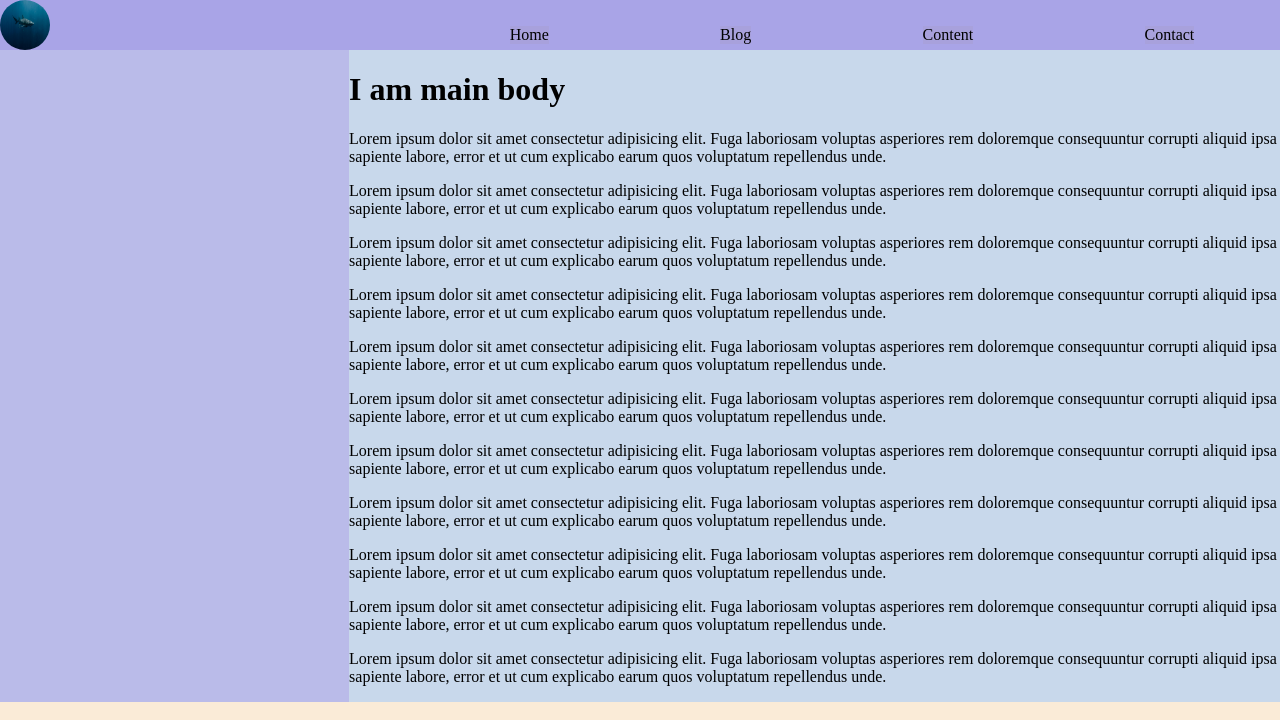
Repository: purnimapatel/fish-world
Page: index.html
The author's editor kept a copy of each file at every save. The page is drawn from the files as they stood at one save, then again after the next save.
The browser window is 1280 px wide. The pictures show the whole page.

Above is the page before, as saved 2024-08-25 13:16:27.

### index.html
<!DOCTYPE html>
<html lang="en">
<head>
    <meta charset="UTF-8">
    <meta name="viewport" content="width=device-width, initial-scale=1.0">
    <title>Document</title>
    <link  rel = "stylesheet" type = "text/css" href = "style.css"/>

    <!-- <link rel="stylesheet" type="text/css" href="styles.css"> -->

</head>
<body>
    <div class=" container">
        <div class = "navbar">
            <div id="logo">
                <a href="https://www.google.com/" target=" _blank"><img  id = "img1"src = "\img\image1.jpg"></a>
            </div>
            <div id = "list-content">
                <ul id="list">
                    <li>Home</li>
                    <li>Blog</li>
                    <li>Content</li>
                    <li>Contact</li>
                </ul>
            </div>

        </div>
        <div class="lower">
        <div class ="leftPanel">
        </div>
        <div class = "mainBody">
            <h1>I am main body</h1>
            <p>Lorem ipsum dolor sit amet consectetur adipisicing elit. Fuga laboriosam voluptas asperiores rem doloremque consequuntur corrupti aliquid ipsa sapiente labore, error et ut cum explicabo earum quos voluptatum repellendus unde.</p>
            <p>Lorem ipsum dolor sit amet consectetur adipisicing elit. Fuga laboriosam voluptas asperiores rem doloremque consequuntur corrupti aliquid ipsa sapiente labore, error et ut cum explicabo earum quos voluptatum repellendus unde.</p>
            <p>Lorem ipsum dolor sit amet consectetur adipisicing elit. Fuga laboriosam voluptas asperiores rem doloremque consequuntur corrupti aliquid ipsa sapiente labore, error et ut cum explicabo earum quos voluptatum repellendus unde.</p>
            <p>Lorem ipsum dolor sit amet consectetur adipisicing elit. Fuga laboriosam voluptas asperiores rem doloremque consequuntur corrupti aliquid ipsa sapiente labore, error et ut cum explicabo earum quos voluptatum repellendus unde.</p>
            <p>Lorem ipsum dolor sit amet consectetur adipisicing elit. Fuga laboriosam voluptas asperiores rem doloremque consequuntur corrupti aliquid ipsa sapiente labore, error et ut cum explicabo earum quos voluptatum repellendus unde.</p>
            <p>Lorem ipsum dolor sit amet consectetur adipisicing elit. Fuga laboriosam voluptas asperiores rem doloremque consequuntur corrupti aliquid ipsa sapiente labore, error et ut cum explicabo earum quos voluptatum repellendus unde.</p>
            <p>Lorem ipsum dolor sit amet consectetur adipisicing elit. Fuga laboriosam voluptas asperiores rem doloremque consequuntur corrupti aliquid ipsa sapiente labore, error et ut cum explicabo earum quos voluptatum repellendus unde.</p>
            <p>Lorem ipsum dolor sit amet consectetur adipisicing elit. Fuga laboriosam voluptas asperiores rem doloremque consequuntur corrupti aliquid ipsa sapiente labore, error et ut cum explicabo earum quos voluptatum repellendus unde.</p>
            <p>Lorem ipsum dolor sit amet consectetur adipisicing elit. Fuga laboriosam voluptas asperiores rem doloremque consequuntur corrupti aliquid ipsa sapiente labore, error et ut cum explicabo earum quos voluptatum repellendus unde.</p>
            <p>Lorem ipsum dolor sit amet consectetur adipisicing elit. Fuga laboriosam voluptas asperiores rem doloremque consequuntur corrupti aliquid ipsa sapiente labore, error et ut cum explicabo earum quos voluptatum repellendus unde.</p>
            <p>Lorem ipsum dolor sit amet consectetur adipisicing elit. Fuga laboriosam voluptas asperiores rem doloremque consequuntur corrupti aliquid ipsa sapiente labore, error et ut cum explicabo earum quos voluptatum repellendus unde.</p>



        </div>
    </div>
    </div>

</body>
</html>

### style.css
body{
   margin: 0;
   padding:0;
   display: flex;
   height:100vh;
   align-items: center;
   justify-content: center;
}
.container{
    height: 100vh;
    width:100vw;
    background-color:antiquewhite;

}
.navbar{
    width:100vw;
    height:50px;
    background-color:rgb(169, 164, 231);
    margin-bottom: 0;
    display: flex;
    justify-content: space-between;

}
.lower{
    display: flex;
}
.leftPanel{
    margin-top: 0px;
    width:30%;
    height:90.5vh;
    background-color:rgb(186, 187, 233);
}
.mainBody{
    background-color:rgb(200, 216, 235);
    height: 90.5vh;
    width:80%;
    overflow: scroll;

}
#img1{
    height: 50px;
    width:50px;
    background-size: cover;
    border-radius: 50px;
    cursor:pointer;

}
#list{
    display: flex;
    padding-top: 10px;
    list-style-type: none;
    justify-content: space-around;
}
#list li{
    cursor: pointer;
    background-color:rgba(158, 139, 139, 0.119)
}
#list-content{
    width: 70%
}

After the next save:
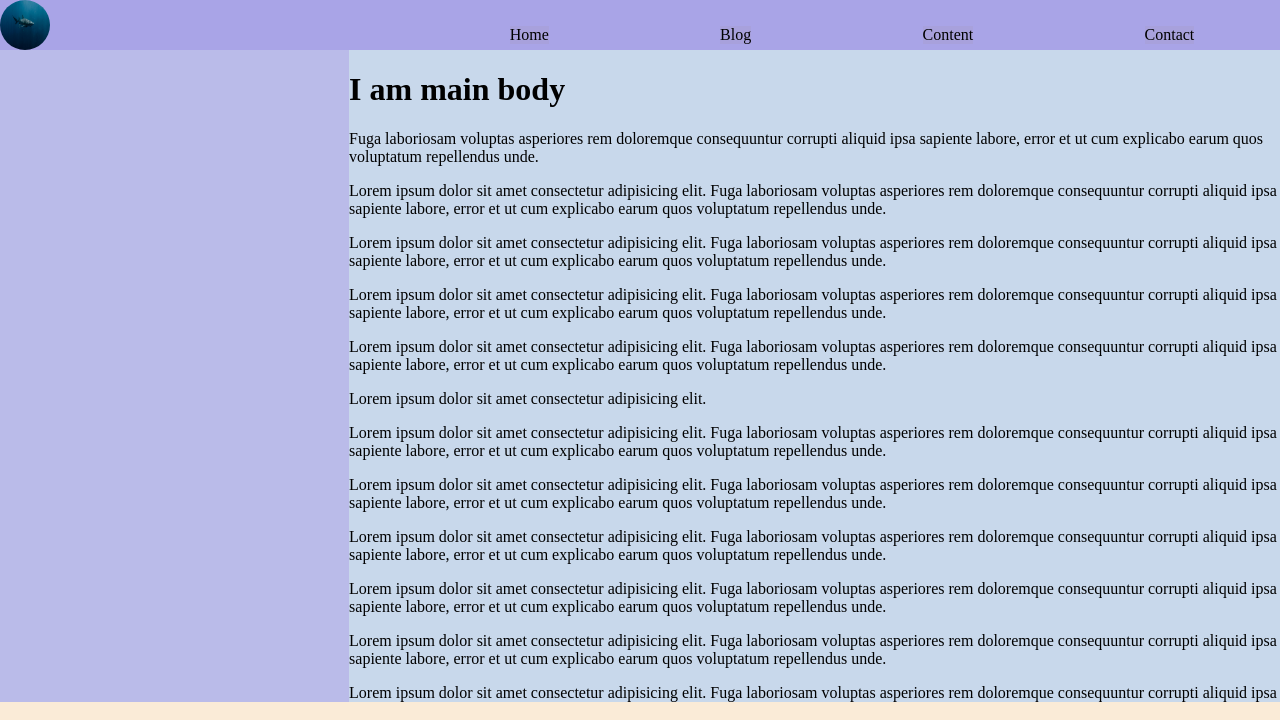
Saved 2 min 38 s later.
--- a/index.html
+++ b/index.html
@@ -30,11 +30,15 @@
         </div>
         <div class = "mainBody">
             <h1>I am main body</h1>
+            <div id="home">
+                Fuga laboriosam voluptas asperiores rem doloremque consequuntur corrupti aliquid ipsa sapiente labore, error et ut cum explicabo earum quos voluptatum repellendus unde.</p>
             <p>Lorem ipsum dolor sit amet consectetur adipisicing elit. Fuga laboriosam voluptas asperiores rem doloremque consequuntur corrupti aliquid ipsa sapiente labore, error et ut cum explicabo earum quos voluptatum repellendus unde.</p>
             <p>Lorem ipsum dolor sit amet consectetur adipisicing elit. Fuga laboriosam voluptas asperiores rem doloremque consequuntur corrupti aliquid ipsa sapiente labore, error et ut cum explicabo earum quos voluptatum repellendus unde.</p>
             <p>Lorem ipsum dolor sit amet consectetur adipisicing elit. Fuga laboriosam voluptas asperiores rem doloremque consequuntur corrupti aliquid ipsa sapiente labore, error et ut cum explicabo earum quos voluptatum repellendus unde.</p>
             <p>Lorem ipsum dolor sit amet consectetur adipisicing elit. Fuga laboriosam voluptas asperiores rem doloremque consequuntur corrupti aliquid ipsa sapiente labore, error et ut cum explicabo earum quos voluptatum repellendus unde.</p>
-            <p>Lorem ipsum dolor sit amet consectetur adipisicing elit. Fuga laboriosam voluptas asperiores rem doloremque consequuntur corrupti aliquid ipsa sapiente labore, error et ut cum explicabo earum quos voluptatum repellendus unde.</p>
+
+            </div>
+            <p>Lorem ipsum dolor sit amet consectetur adipisicing elit.
             <p>Lorem ipsum dolor sit amet consectetur adipisicing elit. Fuga laboriosam voluptas asperiores rem doloremque consequuntur corrupti aliquid ipsa sapiente labore, error et ut cum explicabo earum quos voluptatum repellendus unde.</p>
             <p>Lorem ipsum dolor sit amet consectetur adipisicing elit. Fuga laboriosam voluptas asperiores rem doloremque consequuntur corrupti aliquid ipsa sapiente labore, error et ut cum explicabo earum quos voluptatum repellendus unde.</p>
             <p>Lorem ipsum dolor sit amet consectetur adipisicing elit. Fuga laboriosam voluptas asperiores rem doloremque consequuntur corrupti aliquid ipsa sapiente labore, error et ut cum explicabo earum quos voluptatum repellendus unde.</p>
